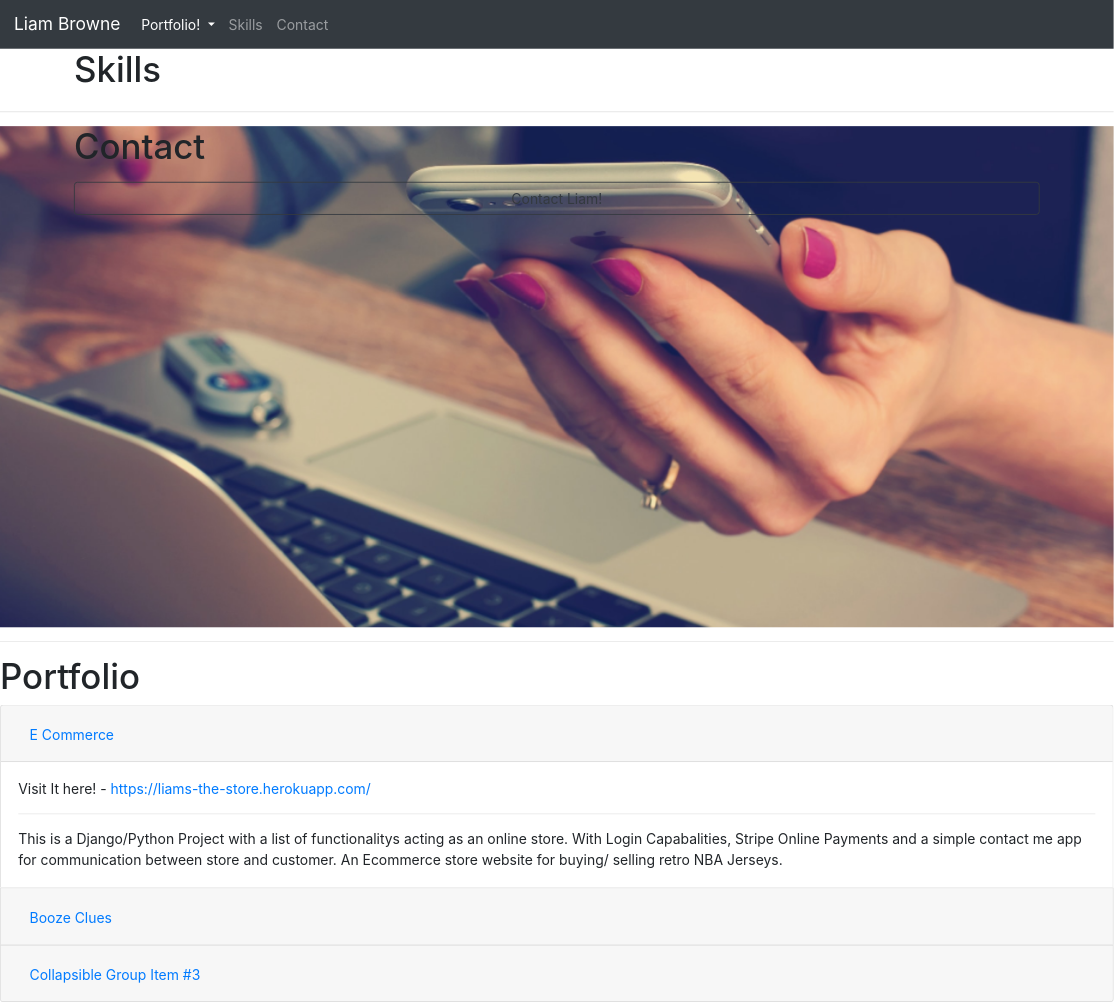
Repository: LiamB123/LiamBrowne.com.github.io
Page: index.html
The author's editor kept a record of every edit. The page is drawn from the files as they stood at one moment, then again after the next edit.
The browser window is 1280 px wide. The pictures show the whole page, at 87% of full size.

Above is the page before.

### index.html
<!DOCTYPE html>
<html lang="en">

<head>
  <meta charset="UTF-8">
  <meta name="viewport" content="width=device-width, initial-scale=1.0">


  <meta http-equiv="X-UA-Compatible" content="ie=edge">

  <title>Liam Browne</title>

  <!--Boostrap Links for Css, Js and Jquery --->
  <link rel="stylesheet" href="https://stackpath.bootstrapcdn.com/bootstrap/4.4.1/css/bootstrap.min.css" integrity="sha384-Vkoo8x4CGsO3+Hhxv8T/Q5PaXtkKtu6ug5TOeNV6gBiFeWPGFN9MuhOf23Q9Ifjh" crossorigin="anonymous">

  <script src="https://code.jquery.com/jquery-3.4.1.slim.min.js" integrity="sha384-J6qa4849blE2+poT4WnyKhv5vZF5SrPo0iEjwBvKU7imGFAV0wwj1yYfoRSJoZ+n" crossorigin="anonymous"></script>
  <script src="https://cdn.jsdelivr.net/npm/popper.js@1.16.0/dist/umd/popper.min.js" integrity="sha384-Q6E9RHvbIyZFJoft+2mJbHaEWldlvI9IOYy5n3zV9zzTtmI3UksdQRVvoxMfooAo" crossorigin="anonymous"></script>
  <script src="https://stackpath.bootstrapcdn.com/bootstrap/4.4.1/js/bootstrap.min.js" integrity="sha384-wfSDF2E50Y2D1uUdj0O3uMBJnjuUD4Ih7YwaYd1iqfktj0Uod8GCExl3Og8ifwB6" crossorigin="anonymous"></script>


  <link rel="stylesheet" href="static/css/custom.css" type="text/css" />

</head>

<body>


  <nav class="navbar navbar-expand-lg navbar-dark bg-dark">
    <a class="navbar-brand" href="#">Liam Browne </a>
    <button class="navbar-toggler" type="button" data-toggle="collapse" data-target="#navbarSupportedContent" aria-controls="navbarSupportedContent" aria-expanded="false" aria-label="Toggle navigation">
    <span class="navbar-toggler-icon"></span>
  </button>

    <div class="collapse navbar-collapse" id="navbarSupportedContent">
      <ul class="navbar-nav mr-auto">
        <li class="nav-item active nav-item dropdown">
          <a class="nav-link dropdown-toggle" href="#" id="navbarDropdown" role="button" data-toggle="dropdown" aria-haspopup="true" aria-expanded="false">
          Portfolio!
        </a>
          <div class="dropdown-menu" aria-labelledby="navbarDropdown">
            <a class="dropdown-item" href="#">E-Commerce</a>
            <a class="dropdown-item" href="#">Booze Clues</a>
            <div class="dropdown-divider"></div>
            <a class="dropdown-item" href="#">Something else here</a>
          </div>
        </li>
        <a class="nav-link" href="#">Skills<span class="sr-only">(current)</span></a>
        </li>
        <li class="nav-item">
          <a class="nav-link" href="contact">Contact</a>
        </li>

      </ul>

    </div>
  </nav>
  <!----About Section---->
  <div class="container">

    <section>
      <h1>
        Skills
      </h1>

      <div class="row">
      </div>
    </section>
</div>
    <hr>

    <section class="contact-img " >
      <div class="container">

      <h1>
        Contact
      </h1>
      <div class="row row-flex">
        <div >
          <h2>


          </h2>


        </div>

      </div>
      <!-- Button trigger modal -->
      <button type="button" class="btn btn-outline-dark btn-block " data-toggle="modal" data-target="#staticBackdrop">
    Contact Liam!
    </button>

      <!-- Modal -->
      <div class="modal fade" id="staticBackdrop" data-backdrop="static" tabindex="-1" role="dialog" aria-labelledby="staticBackdropLabel" aria-hidden="true">
        <div class="modal-dialog" role="document">
          <div class="modal-content">
            <div class="modal-header">
              <h5 class="modal-title" id="staticBackdropLabel">Just a few details so I can respond!</h5>
              <button type="button" class="close" data-dismiss="modal" aria-label="Close">
          <span aria-hidden="true">&times;</span>
        </button>
            </div>
            <div class="modal-body">

              <form>
                <div class="form-group">
                  <label for="Email">Email address</label>
                  <input type="email" class="form-control" id="Email" placeholder="I will never share this information!">
                </div>
                <div class="form-group">
                  <label for="exampleFormControlSelect1">Is there a specific thing you want to talk about?</label>
                  <select class="form-control" id="exampleFormControlSelect1">
      <option>Just Saying Hi!</option>
      <option>Collaboration</option>
      <option>Business Opportunity</option>

    </select>
                </div>

                <div class="form-group">
                  <label for="exampleFormControlTextarea1">Message</label>
                  <textarea class="form-control" id="exampleFormControlTextarea1" rows="8"></textarea>
                </div>
                <button type="submit" class="btn btn-lg btn-outline-dark">Send!</button>
              </form>
            </div>
            <div class="modal-footer">
              <button type="button" class="btn btn-dark" data-dismiss="modal">Close</button>
            </div>
          </div>
        </div>
      </div>
  </div>

    </section>
    <hr>
    <section>

      <h1> Portfolio</h1>


      <div class="accordion" id="accordionExample">
        <div class="card">
          <div class="card-header" id="headingOne">
            <h2 class="mb-0">
              <button class="btn btn-link" type="button" data-toggle="collapse" data-target="#collapseOne" aria-expanded="true" aria-controls="collapseOne">
          E Commerce
        </button>
            </h2>
          </div>

          <div id="collapseOne" class="collapse show" aria-labelledby="headingOne" data-parent="#accordionExample">
            <div class="card-body">
              Visit It here! -<a href="https://liams-the-store.herokuapp.com/" target="_blank"> https://liams-the-store.herokuapp.com/</a>
              <hr> This is a Django/Python Project with a list of functionalitys acting as an online store. With Login Capabalities, Stripe Online Payments and a simple contact me app for communication between store and customer. An Ecommerce store website
              for buying/ selling retro NBA Jerseys.
            </div>
          </div>
        </div>
        <div class="card">
          <div class="card-header" id="headingTwo">
            <h2 class="mb-0">
              <button class="btn btn-link collapsed" type="button" data-toggle="collapse" data-target="#collapseTwo" aria-expanded="false" aria-controls="collapseTwo">
          Booze Clues
        </button>
            </h2>
          </div>
          <div id="collapseTwo" class="collapse" aria-labelledby="headingTwo" data-parent="#accordionExample">
            <div class="card-body">
              Enter Text Here </div>
          </div>
        </div>
        <div class="card">
          <div class="card-header" id="headingThree">
            <h2 class="mb-0">
              <button class="btn btn-link collapsed" type="button" data-toggle="collapse" data-target="#collapseThree" aria-expanded="false" aria-controls="collapseThree">
          Collapsible Group Item #3
        </button>
            </h2>
          </div>
          <div id="collapseThree" class="collapse" aria-labelledby="headingThree" data-parent="#accordionExample">
            <div class="card-body">
              Enter Text HEere </div>
          </div>
        </div>
      </div>
  </div>

  </div>

  </section>
</body>


</html>

### static/css/custom.css
.contact-img{
    min-height: 80vh;
    min-width: 100vw;
    z-index: -1;
    background-image: url("../img/contact-me.jpg");
    background-repeat: no-repeat;
    background-position: center;
}

.vertical-align-center{
    padding-top:70%;

After the next edit:
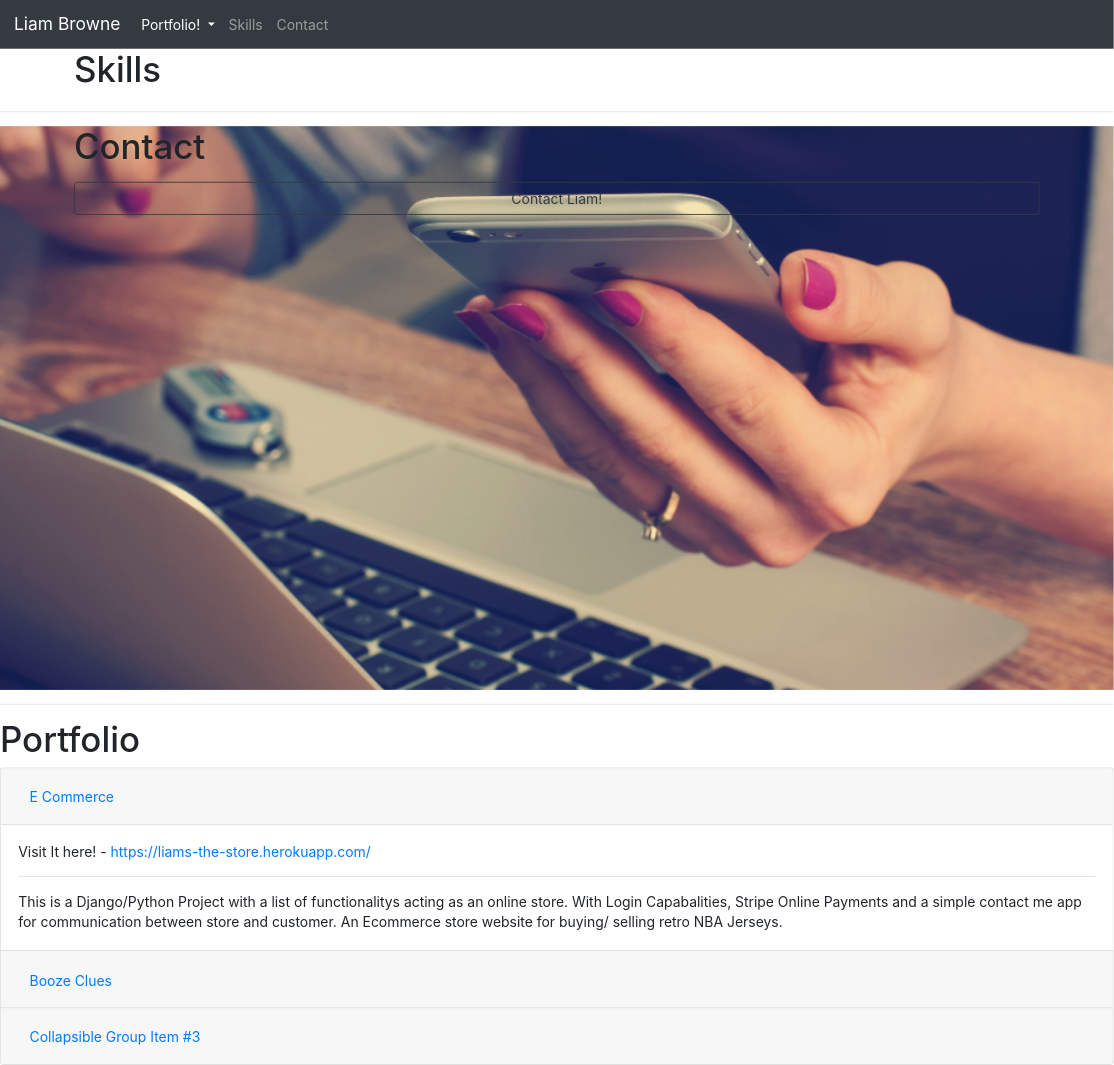
The edit:
--- a/static/css/custom.css
+++ b/static/css/custom.css
@@ -1,6 +1,6 @@
 .contact-img{
-    min-height: 80vh;
-    min-width: 100vw;
+    min-height: 90vh;
+    min-width: 100%;
     z-index: -1;
     background-image: url("../img/contact-me.jpg");
     background-repeat: no-repeat;
